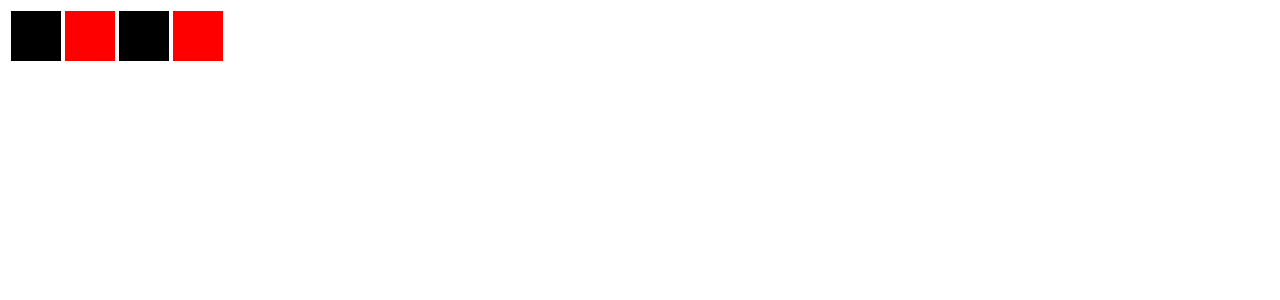
Repository: andrewjknell/JavaSpring
Page: http://localhost/CheckerBoard/NewFile.jsp
The author's editor kept a copy of each file at every save. The page is drawn from the files as they stood at one save, then again after the next save.
The browser window is 1280 px wide. The pictures show the whole page.
The page is served by Tomcat 9.

Above is the page before, as saved 2019-11-01 23:16:32.

### CheckerBoard/WebContent/NewFile.jsp
<%@ page language="java" contentType="text/html; charset=ISO-8859-1"
    pageEncoding="ISO-8859-1"%>
<!DOCTYPE html>
<html>
<head>
<meta charset="ISO-8859-1">
<link href="style.css" rel="stylesheet"/>
<title>Insert title here</title>
</head>
<body>

	 	<table>
	 		<tr>
	<% for(int black = 0; black < 5/2; black++){ %>
	 			<td><div class="black"></div></td>
	 			<td><div class="red"></div></td>
	<%} %>
	 		</tr>
	 	</table>

</body>
</html>

### CheckerBoard/WebContent/style.css
@charset "ISO-8859-1";
.black{
	height: 50px;
	width: 50px;
	background-color: black;
}
.red{
	height: 50px;
	width: 50px;
	background-color: red;
}

After the next save:
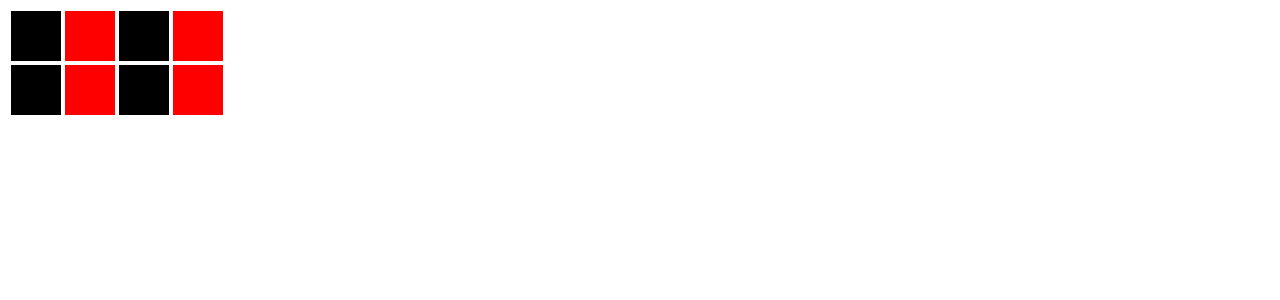
Saved 63 s later.
--- a/CheckerBoard/WebContent/NewFile.jsp
+++ b/CheckerBoard/WebContent/NewFile.jsp
@@ -10,12 +10,14 @@
 <body>
 
 	 	<table>
+	 		<% for(int red = 0; red < 5/2; red++){ %>
 	 		<tr>
-	<% for(int black = 0; black < 5/2; black++){ %>
+			<% for(int black = 0; black < 5/2; black++){ %>
 	 			<td><div class="black"></div></td>
 	 			<td><div class="red"></div></td>
-	<%} %>
+			<%} %>
 	 		</tr>
+	 		<%} %>
 	 	</table>
 
 </body>
